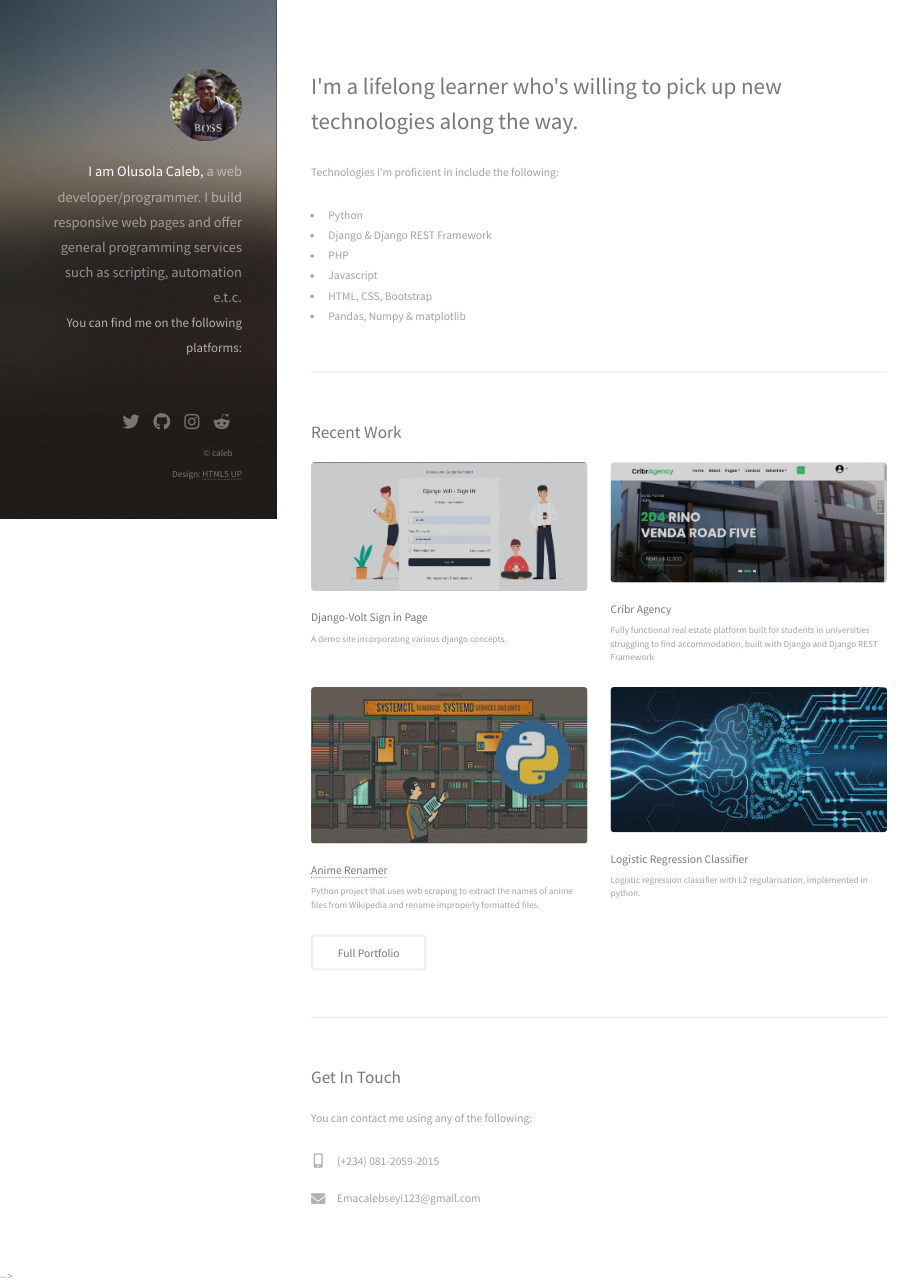
Repository: Caleb40/Caleb40.github.io
Page: index.html
An editor plug-in stored every save of this project. The page is shown before and after the next save, followed by the edit.
The browser window is 1280 px wide. The pictures show the whole page, at 72% of full size.

Above is the page before, as saved 2022-07-13 00:25:52.

### index.html
<!DOCTYPE HTML>
<html lang="en">

<head>
	<title>Olusola Caleb O.</title>
	<meta charset="utf-8" />
	<meta name="viewport" content="width=device-width, initial-scale=1, user-scalable=no" />
	<link rel="stylesheet" href="assets/css/main.css" />
</head>

<body class="is-preload">

	<!-- Header -->
	<header id="header">
		<div class="inner">
			<a href="#" class="image avatar"><img src="images/Photo_1607349133627.jpg" alt="profile" height="100px" width="100px" /></a>
			<h1 id="desc"><strong>I am Olusola Caleb,</strong><br> a web developer/programmer.<br />
				I build responsive web pages and offer general programming services such as scripting, automation e.t.c.
				<p id="findme">You can find me on <br> the following platforms:</p>
			</h1>

		</div>
	</header>

	<!-- Main -->
	<div id="main">

		<!-- One -->
		<section id="one">
			<header class="major">
				<h2>I'm a lifelong learner who's willing to pick up new technologies along the way.</h2>
			</header>
			<p>Technologies i'm proficient in include the following: </p>
			<ul>
				<li>Python</li>
				<li>Django & Django REST Framework</li>
				<li>PHP</li>
				<li>Javascript</li>
				<li>HTML, CSS, Bootstrap</li>
				<li>Pandas, Numpy & matplotlib</li>

			</ul>
			<!-- <ul class="actions">
				<li><a href="#" class="button">Learn More</a></li>
			</ul> -->
		</section>

		<!-- Two -->
		<section id="two">
			<h2>Recent Work</h2>
			<div class="row">
				<article class="col-6 col-12-xsmall work-item">
					<a href="images/portfolio/20220712_184121.png" class="image fit thumb"><img
							src="images/portfolio/20220712_184121.png" alt="" /></a>
					<h3>Django-Volt Sign in Page</h3>
					<p>A demo site incorporating various django concepts.</p>
				</article>
				<article class="col-6 col-12-xsmall work-item">
					<a href="images/portfolio/20220712_184159.png" class="image fit thumb"><img
							src="images/portfolio/20220712_184159.png" /></a>
					<h3>Cribr Agency</h3>
					<p>Fully functional real estate platform built for students in universities struggling to find accommodation,
						built with Django and Django REST Framework</p>
				</article>
				<article class="col-6 col-12-xsmall work-item">
					<a href="images/images.jpeg" class="image fit thumb"><img src="images/images.jpeg" alt="" /></a>
					<h3><a href="https://github.com/Caleb40/Anime-Renamer">Anime Renamer</a></h3>
					<p>Python project that uses web scraping to extract the names of anime files from Wikipedia and rename
						improperly formatted files.</p>
				</article>
				<article class="col-6 col-12-xsmall work-item">
					<a href="images/ai.jpeg" class="image fit thumb"><img src="images/ai.jpeg" alt="" /></a>
					<h3>Logistic Regression Classifier</h3>
					<p>Logistic regression classifier with L2 regularisation, implemented in python.</p>
				</article>
			</div>
			<ul class="actions">
				<li><a href="https://www.linkedin.com/in/caleb-olusola/" class="button">Full Portfolio</a></li>
			</ul>
		</section>

		<!-- Three -->
		<section id="three">
			<h2>Get In Touch</h2>
			<p>You can contact me using any of the following:</p>
			<div class="row">
				<!-- <div class="col-8 col-12-small">
					<form method="post" action="#">
						<div class="row gtr-uniform gtr-50">
							<div class="col-6 col-12-xsmall"><input type="text" name="name" id="name"
									placeholder="Name" /></div>
							<div class="col-6 col-12-xsmall"><input type="email" name="email" id="email"
									placeholder="Email" /></div>
							<div class="col-12"><textarea name="message" id="message" placeholder="Message"
									rows="4"></textarea></div>
						</div>
					</form>
					<ul class="actions">
						<li><input type="submit" value="Send Message" /></li>
					</ul>

				</div> -->
				<div class="col-4 col-12-small">
					<ul class="labeled-icons">
						<li>
							<h3 class="icon solid fa-mobile-alt"><span class="label">Phone</span></h3>
						(+234) 081-2059-2015
						</li>
						<li>
							<h3 class="icon solid fa-envelope"><span class="label">Email</span></h3>
							<p>Emacalebseyi123@gmail.com</p>
						</li>
					</ul>
				</div>
			</div>
		</section>

		<!-- Four -->

					<!-- <section id="four">
						<h2>Elements</h2>

						<section>
							<h4>Text</h4>
							<p>This is <b>bold</b> and this is <strong>strong</strong>. This is <i>italic</i> and this is <em>emphasized</em>.
							This is <sup>superscript</sup> text and this is <sub>subscript</sub> text.
							This is <u>underlined</u> and this is code: <code>for (;;) { ... }</code>. Finally, <a href="#">this is a link</a>.</p>
							<hr />
							<header>
								<h4>Heading with a Subtitle</h4>
								<p>Lorem ipsum dolor sit amet nullam id egestas urna aliquam</p>
							</header>
							<p>Nunc lacinia ante nunc ac lobortis. Interdum adipiscing gravida odio porttitor sem non mi integer non faucibus ornare mi ut ante amet placerat aliquet. Volutpat eu sed ante lacinia sapien lorem accumsan varius montes viverra nibh in adipiscing blandit tempus accumsan.</p>
							<header>
								<h5>Heading with a Subtitle</h5>
								<p>Lorem ipsum dolor sit amet nullam id egestas urna aliquam</p>
							</header>
							<p>Nunc lacinia ante nunc ac lobortis. Interdum adipiscing gravida odio porttitor sem non mi integer non faucibus ornare mi ut ante amet placerat aliquet. Volutpat eu sed ante lacinia sapien lorem accumsan varius montes viverra nibh in adipiscing blandit tempus accumsan.</p>
							<hr />
							<h2>Heading Level 2</h2>
							<h3>Heading Level 3</h3>
							<h4>Heading Level 4</h4>
							<h5>Heading Level 5</h5>
							<h6>Heading Level 6</h6>
							<hr />
							<h5>Blockquote</h5>
							<blockquote>Fringilla nisl. Donec accumsan interdum nisi, quis tincidunt felis sagittis eget tempus euismod. Vestibulum ante ipsum primis in faucibus vestibulum. Blandit adipiscing eu felis iaculis volutpat ac adipiscing accumsan faucibus. Vestibulum ante ipsum primis in faucibus lorem ipsum dolor sit amet nullam adipiscing eu felis.</blockquote>
							<h5>Preformatted</h5>
							<pre><code>i = 0;

while (!deck.isInOrder()) {
print 'Iteration ' + i;
deck.shuffle();
i++;
}

print 'It took ' + i + ' iterations to sort the deck.';</code></pre>
						</section>

						<section>
							<h4>Lists</h4>
							<div class="row">
								<div class="col-6 col-12-xsmall">
									<h5>Unordered</h5>
									<ul>
										<li>Dolor pulvinar etiam magna etiam.</li>
										<li>Sagittis adipiscing lorem eleifend.</li>
										<li>Felis enim feugiat dolore viverra.</li>
									</ul>
									<h5>Alternate</h5>
									<ul class="alt">
										<li>Dolor pulvinar etiam magna etiam.</li>
										<li>Sagittis adipiscing lorem eleifend.</li>
										<li>Felis enim feugiat dolore viverra.</li>
									</ul>
								</div>
								<div class="col-6 col-12-xsmall">
									<h5>Ordered</h5>
									<ol>
										<li>Dolor pulvinar etiam magna etiam.</li>
										<li>Etiam vel felis at lorem sed viverra.</li>
										<li>Felis enim feugiat dolore viverra.</li>
										<li>Dolor pulvinar etiam magna etiam.</li>
										<li>Etiam vel felis at lorem sed viverra.</li>
										<li>Felis enim feugiat dolore viverra.</li>
									</ol>
									<h5>Icons</h5>
									<ul class="icons">
										<li><a href="#" class="icon brands fa-twitter"><span class="label">Twitter</span></a></li>
										<li><a href="#" class="icon brands fa-facebook-f"><span class="label">Facebook</span></a></li>
										<li><a href="#" class="icon brands fa-instagram"><span class="label">Instagram</span></a></li>
										<li><a href="#" class="icon brands fa-github"><span class="label">Github</span></a></li>
										<li><a href="#" class="icon brands fa-dribbble"><span class="label">Dribbble</span></a></li>
										<li><a href="#" class="icon brands fa-tumblr"><span class="label">Tumblr</span></a></li>
									</ul>
								</div>
							</div>
							<h5>Actions</h5>
							<ul class="actions">
								<li><a href="#" class="button primary">Default</a></li>
								<li><a href="#" class="button">Default</a></li>
							</ul>
							<ul class="actions small">
								<li><a href="#" class="button primary small">Small</a></li>
								<li><a href="#" class="button small">Small</a></li>
							</ul>
							<div class="row">
								<div class="col-6 col-12-small">
									<ul class="actions stacked">
										<li><a href="#" class="button primary">Default</a></li>
										<li><a href="#" class="button">Default</a></li>
									</ul>
								</div>
								<div class="col-6 col-12-small">
									<ul class="actions stacked">
										<li><a href="#" class="button primary small">Small</a></li>
										<li><a href="#" class="button small">Small</a></li>
									</ul>
								</div>
								<div class="col-6 col-12-small">
									<ul class="actions stacked">
										<li><a href="#" class="button primary fit">Default</a></li>
										<li><a href="#" class="button fit">Default</a></li>
									</ul>
								</div>
								<div class="col-6 col-12-small">
									<ul class="actions stacked">
										<li><a href="#" class="button primary small fit">Small</a></li>
										<li><a href="#" class="button small fit">Small</a></li>
									</ul>
								</div>
							</div>
						</section>

						<section>
							<h4>Table</h4>
							<h5>Default</h5>
							<div class="table-wrapper">
								<table>
									<thead>
										<tr>
											<th>Name</th>
											<th>Description</th>
											<th>Price</th>
										</tr>
									</thead>
									<tbody>
										<tr>
											<td>Item One</td>
											<td>Ante turpis integer aliquet porttitor.</td>
											<td>29.99</td>
										</tr>
										<tr>
											<td>Item Two</td>
											<td>Vis ac commodo adipiscing arcu aliquet.</td>
											<td>19.99</td>
										</tr>
										<tr>
											<td>Item Three</td>
											<td> Morbi faucibus arcu accumsan lorem.</td>
											<td>29.99</td>
										</tr>
										<tr>
											<td>Item Four</td>
											<td>Vitae integer tempus condimentum.</td>
											<td>19.99</td>
										</tr>
										<tr>
											<td>Item Five</td>
											<td>Ante turpis integer aliquet porttitor.</td>
											<td>29.99</td>
										</tr>
									</tbody>
									<tfoot>
										<tr>
											<td colspan="2"></td>
											<td>100.00</td>
										</tr>
									</tfoot>
								</table>
							</div>

							<h5>Alternate</h5>
							<div class="table-wrapper">
								<table class="alt">
									<thead>
										<tr>
											<th>Name</th>
											<th>Description</th>
											<th>Price</th>
										</tr>
									</thead>
									<tbody>
										<tr>
											<td>Item One</td>
											<td>Ante turpis integer aliquet porttitor.</td>
											<td>29.99</td>
										</tr>
										<tr>
											<td>Item Two</td>
											<td>Vis ac commodo adipiscing arcu aliquet.</td>
											<td>19.99</td>
										</tr>
										<tr>
											<td>Item Three</td>
											<td> Morbi faucibus arcu accumsan lorem.</td>
											<td>29.99</td>
										</tr>
										<tr>
											<td>Item Four</td>
											<td>Vitae integer tempus condimentum.</td>
											<td>19.99</td>
										</tr>
										<tr>
											<td>Item Five</td>
											<td>Ante turpis integer aliquet porttitor.</td>
											<td>29.99</td>
										</tr>
									</tbody>
									<tfoot>
										<tr>
											<td colspan="2"></td>
											<td>100.00</td>
										</tr>
									</tfoot>
								</table>
							</div>
						</section>

						<section>
							<h4>Buttons</h4>
							<ul class="actions">
								<li><a href="#" class="button primary">Primary</a></li>
								<li><a href="#" class="button">Default</a></li>
							</ul>
							<ul class="actions">
								<li><a href="#" class="button large">Large</a></li>
								<li><a href="#" class="button">Default</a></li>
								<li><a href="#" class="button small">Small</a></li>
							</ul>
							<ul class="actions fit">
								<li><a href="#" class="button primary fit">Fit</a></li>
								<li><a href="#" class="button fit">Fit</a></li>
							</ul>
							<ul class="actions fit small">
								<li><a href="#" class="button primary fit small">Fit + Small</a></li>
								<li><a href="#" class="button fit small">Fit + Small</a></li>
							</ul>
							<ul class="actions">
								<li><a href="#" class="button primary icon solid fa-download">Icon</a></li>
								<li><a href="#" class="button icon solid fa-download">Icon</a></li>
							</ul>
							<ul class="actions">
								<li><span class="button primary disabled">Primary</span></li>
								<li><span class="button disabled">Default</span></li>
							</ul>
						</section>

						<section>
							<h4>Form</h4>
							<form method="post" action="#">
								<div class="row gtr-uniform gtr-50">
									<div class="col-6 col-12-xsmall">
										<input type="text" name="demo-name" id="demo-name" value="" placeholder="Name" />
									</div>
									<div class="col-6 col-12-xsmall">
										<input type="email" name="demo-email" id="demo-email" value="" placeholder="Email" />
									</div>
									<div class="col-12">
										<select name="demo-category" id="demo-category">
											<option value="">- Category -</option>
											<option value="1">Manufacturing</option>
											<option value="1">Shipping</option>
											<option value="1">Administration</option>
											<option value="1">Human Resources</option>
										</select>
									</div>
									<div class="col-4 col-12-small">
										<input type="radio" id="demo-priority-low" name="demo-priority" checked>
										<label for="demo-priority-low">Low Priority</label>
									</div>
									<div class="col-4 col-12-small">
										<input type="radio" id="demo-priority-normal" name="demo-priority">
										<label for="demo-priority-normal">Normal Priority</label>
									</div>
									<div class="col-4 col-12-small">
										<input type="radio" id="demo-priority-high" name="demo-priority">
										<label for="demo-priority-high">High Priority</label>
									</div>
									<div class="col-6 col-12-small">
										<input type="checkbox" id="demo-copy" name="demo-copy">
										<label for="demo-copy">Email me a copy of this message</label>
									</div>
									<div class="col-6 col-12-small">
										<input type="checkbox" id="demo-human" name="demo-human" checked>
										<label for="demo-human">I am a human and not a robot</label>
									</div>
									<div class="col-12">
										<textarea name="demo-message" id="demo-message" placeholder="Enter your message" rows="6"></textarea>
									</div>
									<div class="col-12">
										<ul class="actions">
											<li><input type="submit" value="Send Message" class="primary" /></li>
											<li><input type="reset" value="Reset" /></li>
										</ul>
									</div>
								</div>
							</form>
						</section>

						<section>
							<h4>Image</h4>
							<h5>Fit</h5>
							<div class="box alt">
								<div class="row gtr-50 gtr-uniform">
									<div class="col-12"><span class="image fit"><img src="images/fulls/05.jpg" alt="" /></span></div>
									<div class="col-4"><span class="image fit"><img src="images/thumbs/01.jpg" alt="" /></span></div>
									<div class="col-4"><span class="image fit"><img src="images/thumbs/02.jpg" alt="" /></span></div>
									<div class="col-4"><span class="image fit"><img src="images/thumbs/03.jpg" alt="" /></span></div>
									<div class="col-4"><span class="image fit"><img src="images/thumbs/04.jpg" alt="" /></span></div>
									<div class="col-4"><span class="image fit"><img src="images/thumbs/05.jpg" alt="" /></span></div>
									<div class="col-4"><span class="image fit"><img src="images/thumbs/06.jpg" alt="" /></span></div>
									<div class="col-4"><span class="image fit"><img src="images/thumbs/03.jpg" alt="" /></span></div>
									<div class="col-4"><span class="image fit"><img src="images/thumbs/02.jpg" alt="" /></span></div>
									<div class="col-4"><span class="image fit"><img src="images/thumbs/01.jpg" alt="" /></span></div>
								</div>
							</div>
							<h5>Left &amp; Right</h5>
							<p><span class="image left"><img src="images/avatar.jpg" alt="" /></span>Fringilla nisl. Donec accumsan interdum nisi, quis tincidunt felis sagittis eget. tempus euismod. Vestibulum ante ipsum primis in faucibus vestibulum. Blandit adipiscing eu felis iaculis volutpat ac adipiscing accumsan eu faucibus. Integer ac pellentesque praesent tincidunt felis sagittis eget. tempus euismod. Vestibulum ante ipsum primis in faucibus vestibulum. Blandit adipiscing eu felis iaculis volutpat ac adipiscing accumsan eu faucibus. Integer ac pellentesque praesent. Donec accumsan interdum nisi, quis tincidunt felis sagittis eget. tempus euismod. Vestibulum ante ipsum primis in faucibus vestibulum. Blandit adipiscing eu felis iaculis volutpat ac adipiscing accumsan eu faucibus. Integer ac pellentesque praesent tincidunt felis sagittis eget. tempus euismod. Vestibulum ante ipsum primis in faucibus vestibulum. Blandit adipiscing eu felis iaculis volutpat ac adipiscing accumsan eu faucibus. Integer ac pellentesque praesent.</p>
							<p><span class="image right"><img src="images/avatar.jpg" alt="" /></span>Fringilla nisl. Donec accumsan interdum nisi, quis tincidunt felis sagittis eget. tempus euismod. Vestibulum ante ipsum primis in faucibus vestibulum. Blandit adipiscing eu felis iaculis volutpat ac adipiscing accumsan eu faucibus. Integer ac pellentesque praesent tincidunt felis sagittis eget. tempus euismod. Vestibulum ante ipsum primis in faucibus vestibulum. Blandit adipiscing eu felis iaculis volutpat ac adipiscing accumsan eu faucibus. Integer ac pellentesque praesent. Donec accumsan interdum nisi, quis tincidunt felis sagittis eget. tempus euismod. Vestibulum ante ipsum primis in faucibus vestibulum. Blandit adipiscing eu felis iaculis volutpat ac adipiscing accumsan eu faucibus. Integer ac pellentesque praesent tincidunt felis sagittis eget. tempus euismod. Vestibulum ante ipsum primis in faucibus vestibulum. Blandit adipiscing eu felis iaculis volutpat ac adipiscing accumsan eu faucibus. Integer ac pellentesque praesent.</p>
						</section>

					</section>
				-->

	</div> -->

	<!-- Footer -->
	<footer id="footer">
		<div class="inner">
			<!-- <p id="phone">Contact: 08120592015</p>
			<p id="email">E-mail: calebseyi123@gmail.com</p> -->
			<ul class="icons">
				<li><a href="https://twitter.com/caleb_mnb" class="icon brands fa-twitter"><span
							class="label">Twitter</span></a></li>
				<li><a href="https://github.com/Caleb40" class="icon brands fa-github"><span
							class="label">Github</span></a></li>
				<li><a href="https://www.instagram.com/itz_calebking/" class="icon brands fa-instagram"><span
							class="label">Instagram</span></a></li>
				<li><a href="https://www.reddit.com/user/caleb_king" class="icon brands fa-reddit-alien"><span
							class="label">Reddit</span></a></li>
				<ul class="copyright">
					<li>&copy; caleb</li>
					<li>Design: <a href="http://html5up.net">HTML5 UP</a></li>
				</ul>

			</ul>
		</div>
	</footer>

	<!-- Scripts -->
	<script src="assets/js/jquery.min.js"></script>
	<script src="assets/js/jquery.poptrox.min.js"></script>
	<script src="assets/js/browser.min.js"></script>
	<script src="assets/js/breakpoints.min.js"></script>
	<script src="assets/js/util.js"></script>
	<script src="assets/js/main.js"></script>

</body>

</html>

Loaded but not shown: assets/css/fontawesome-all.min.css (library); assets/js/jquery.min.js (library); assets/js/jquery.poptrox.min.js (library); assets/js/browser.min.js (common file); assets/js/breakpoints.min.js (common file); assets/js/util.js (587 lines, source omitted); assets/js/main.js (117 lines, source omitted); assets/css/main.css (3241 lines, source omitted)

After the next save:
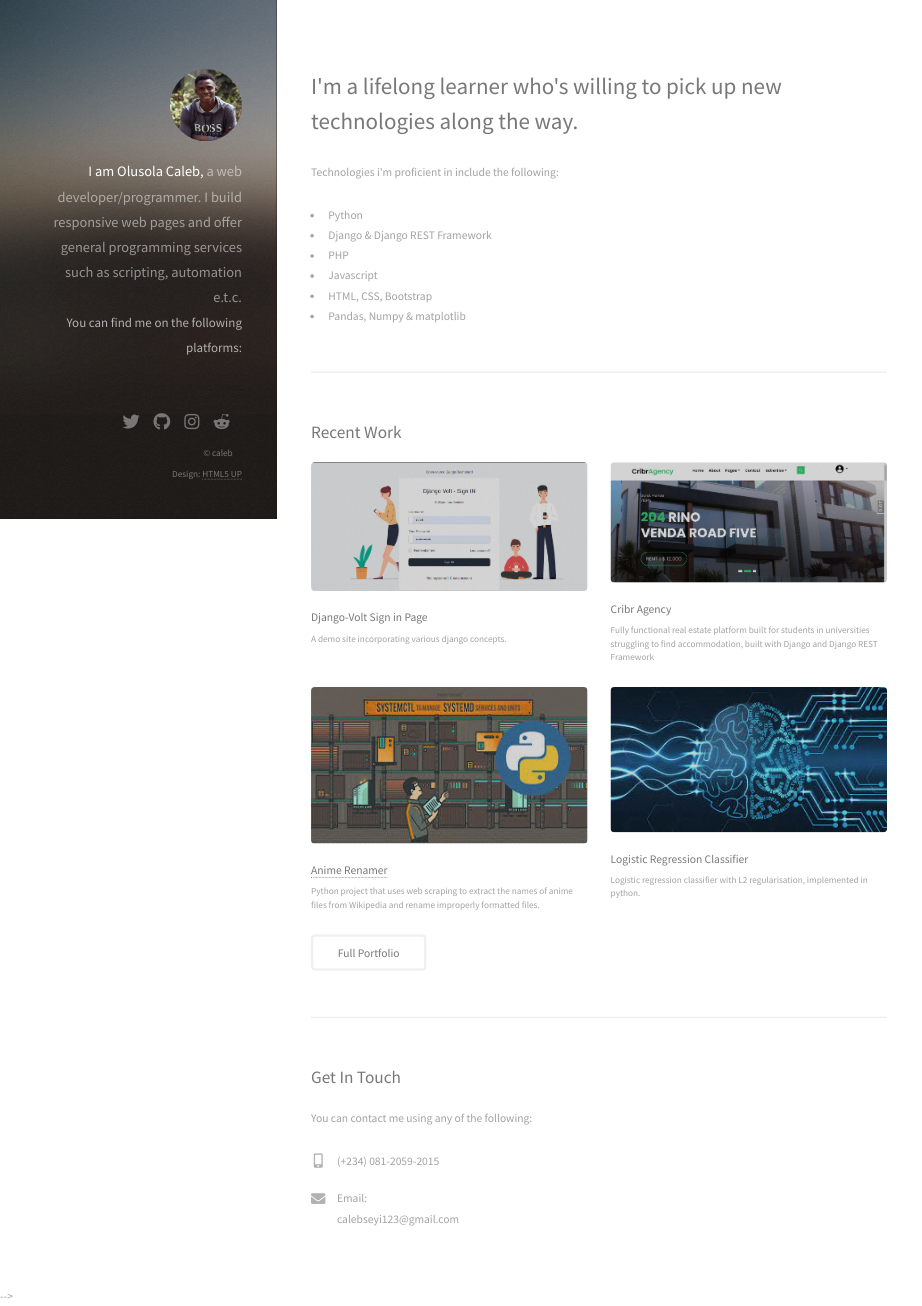
Saved 7 s later.
--- a/index.html
+++ b/index.html
@@ -108,7 +108,7 @@
 						</li>
 						<li>
 							<h3 class="icon solid fa-envelope"><span class="label">Email</span></h3>
-							<p>Emacalebseyi123@gmail.com</p>
+							<p>Email: calebseyi123@gmail.com</p>
 						</li>
 					</ul>
 				</div>
